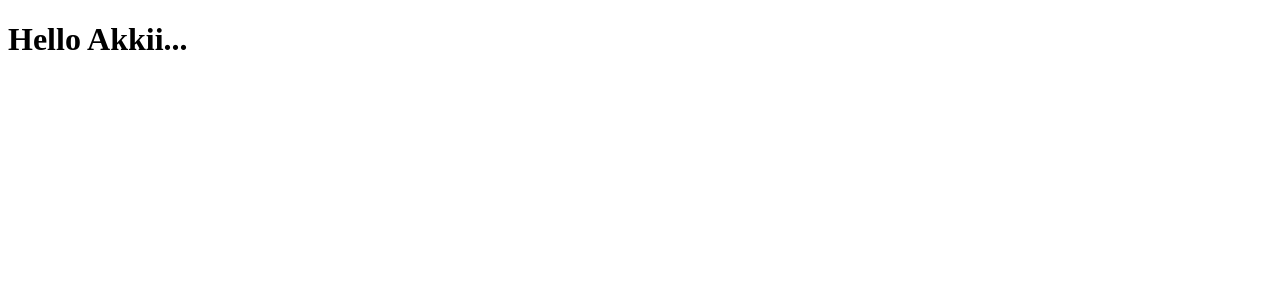
Repository: akshaybarge315/workspace
Page: J2EE/src/main/webapp/Index.html
These files come from the project's save history. The page is drawn as it stood at one moment and after the next save; the edit follows.
The browser window is 1280 px wide. The pictures show the whole page.

Above is the page before, as saved 2024-06-12 10:25:52.

After the next save:
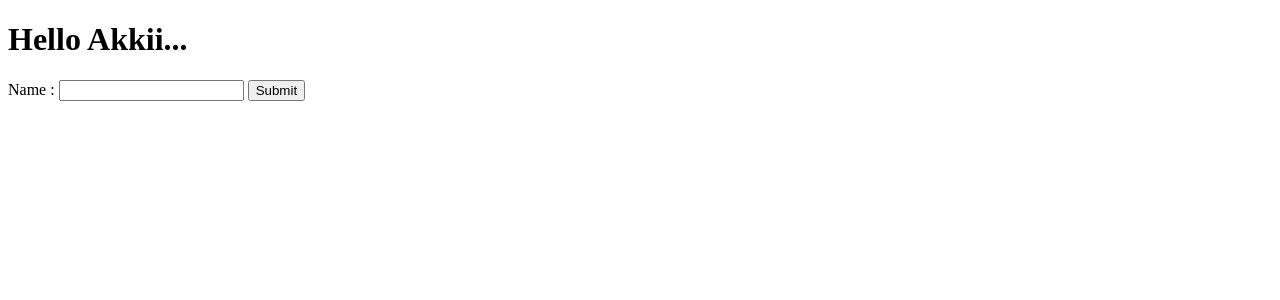
Saved 18 min 53 s later.
--- a/J2EE/src/main/webapp/Index.html
+++ b/J2EE/src/main/webapp/Index.html
@@ -6,5 +6,10 @@
 </head>
 <body>
 	<h1>Hello Akkii...</h1>
+
+	<form action="Serv1">
+		Name : <input type="text" name="username">
+		<input type="submit">
+	</form>
 </body>
 </html>
